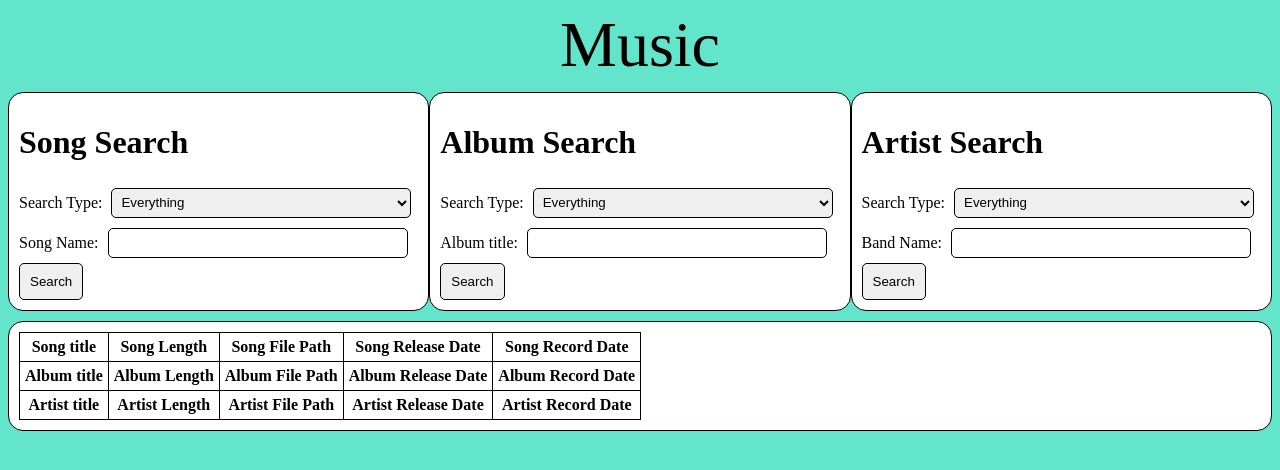
Repository: bparambath/bkp12_INFSCI1017
Page: bkp12_MusicJPAWeb/WebContent/song2.html
The author's editor kept a copy of each file at every save. The page is drawn from the files as they stood at one save, then again after the next save.
The browser window is 1280 px wide. The pictures show the whole page.

Above is the page before, as saved 2019-04-19 01:52:44.

### bkp12_MusicJPAWeb/WebContent/song2.html
<html>
<head>
<meta charset="UTF-8">
<title>Music Songs</title>
<script src="js/jquery-3.3.1.min.js"></script>
<link href="css/style.css" rel="stylesheet" type="text/css" />
<style>
/*https://www.w3schools.com/howto/tryit.asp?filename=tryhow_css_three_columns*/
* {
  box-sizing: border-box;
}

/* Create three equal columns that floats next to each other */
.column {
  float: left;
  width: 33.33%;
  padding: 10px;
}

/* Clear floats after the columns */
.row:after {
  content: "";
  display: table;
  clear: both;
}
</style>
</head>
<body>
<p style="text-align:center;font-size:64px;margin:0;">Music</p>
<div class="row">
	<div class="column" id="songSearch">
		<h1>Song Search</h1>
		<div>
			Search Type:
			<select name="searchTypeSong" id="searchTypeSong" class="textField">
				<option value="">Everything</option>
				<option value="equals">Equals</option>
				<option value="begins">Begins</option>
				<option value="ends">Ends</option>
				<option value="contains">Contains</option>
			</select>
		</div>
		<div>
			Song Name: <input type="text" id="titleSong" name="titleSong" value="" class="textField" />
		</div>
		<div>
			<input type="button" id="btnSong" name="btnSong" value="Search" />
		</div>
	</div>
	<div class="column" id="albumSearch">
		<h1>Album Search</h1>
		<div>
			Search Type:
			<select name="searchTypeAlbum" id="searchTypeAlbum" class="textField">
				<option value="">Everything</option>
				<option value="equals">Equals</option>
				<option value="begins">Begins</option>
				<option value="ends">Ends</option>
				<option value="contains">Contains</option>
			</select>
		</div>
		<div>
			Album title: <input type="text" id="titleAlbum" name="titleAlbum" value="" class="textField" />
		</div>
		<div>
			<input type="button" id="btnAlbum" name="btnAlbum" value="Search" />
		</div>
	</div>
	<div class="column" id="artistSearch">
		<h1>Artist Search</h1>
		<div>
			Search Type:
			<select name="searchTypeArtist" id="searchTypeArtist" class="textField">
				<option value="">Everything</option>
				<option value="equals">Equals</option>
				<option value="begins">Begins</option>
				<option value="ends">Ends</option>
				<option value="contains">Contains</option>
			</select>
		</div>
		<div>
			Band Name: <input type="text" id="titleArtist" name="titleArtist" value="" class="textField" />
		</div>
		<div>
			<input type="button" id="btnArtist" name="btnArtist" value="Search" />
		</div>
	</div>
</div>

<div id="searchResults">
	<table id="tblSearchResults" >
		<tr class="hide1">
			<th>Song title</th>
			<th>Song Length</th>
			<th>Song File Path</th>
			<th>Song Release Date</th>
			<th>Song Record Date</th>
		</tr>
		<tr class="hide2">
			<th>Album title</th>
			<th>Album Length</th>
			<th>Album File Path</th>
			<th>Album Release Date</th>
			<th>Album Record Date</th>
		</tr>
		<tr class="hide3">
			<th>Artist title</th>
			<th>Artist Length</th>
			<th>Artist File Path</th>
			<th>Artist Release Date</th>
			<th>Artist Record Date</th>
		</tr>
	</table>
</div>

</body>
<script>
	$(document).ready(function (){
		$("#btnSong").click(function (){
			search("song");
		});
		$("#btnAlbum").click(function (){
			search("album");
		});
		$("#btnArtist").click(function (){
			search("artist");
		});

		$("#titleSong").keyup(function(){
			var keyPressed = $("#titleSong").val();
			if(keyPressed.length > 2){
				search("song");
			}else{
				$(".dataRow").remove();
			}
		});
		$("#titleAlbum").keyup(function(){
			var keyPressed = $("#titleAlbum").val();
			if(keyPressed.length > 2){
				search("album");
			}else{
				$(".dataRow").remove();
			}
		});
		$("#titleArtist").keyup(function(){
			var keyPressed = $("#titleArtist").val();
			if(keyPressed.length > 2){
				search("artist");
			}else{
				$(".dataRow").remove();
			}
		});
	});

	function search(searchType){
		if(searchType === "song"){
			var titleSong = $("#titleSong").val();
			var searchTypeSong = $("#searchTypeSong").val();


			// console.log("Song: " + titleSong);
			// console.log("searchTypeSong: " + searchTypeSong);
			var url = "/bkp12_MusicJPAWeb/servlets/SongListWS?title=" + titleSong + "&searchType=" + searchTypeSong;
			// console.log(url);
			$.get(url, function(resp){
				// console.log(resp);
				parseSongData(resp);

			})
		}else if(searchType === "album"){
			var titleAlbum = $("#titleAlbum").val();
			var searchTypeAlbum = $("#searchTypeAlbum").val();


			// console.log("Song: " + titleSong);
			// console.log("searchTypeSong: " + searchTypeSong);
			var url = "/bkp12_MusicJPAWeb/servlets/AlbumListWS?title=" + titleAlbum + "&searchType=" + searchTypeAlbum;
			// console.log(url);
			$.get(url, function(resp){
				// console.log(resp);
				parseAlbumData(resp);

			})
		}else if(searchType === "artist"){
			var titleArtist = $("#titleArtist").val();
			var searchTypeArtist = $("#searchTypeArtist").val();


			// console.log("Artist: " + titleArtist);
			// console.log("searchTypeArtist: " + searchTypeArtist);
			var url = "/bkp12_MusicJPAWeb/servlets/AlbumListWS?title=" + titleAlbum + "&searchType=" + searchTypeAlbum;
			// console.log(url);
			$.get(url, function(resp){
				// console.log(resp);
				parseAlbumData(resp);

			})
		}else{
			console.log("error");
		}
	}

	function parseSongData(data){
		// $("#searchResults").text(JSON.stringify(data));
		$(".dataRow").remove();
		var result = "";
		for(var i=0; i < data.length; i++){
			var tr = $("<tr class='dataRow'></tr>"); // created empty html table row

			// First data cell
			var td = $("<td></td>"); // created empty html table data
			td.html(data[i].title);
			tr.append(td);

			// Second data cell
			// Note that we don't need to redeclare this
			td = $("<td></td>");
			td.html(data[i].length)
			tr.append(td);

			// Third data cell
			// Note that we don't need to redeclare this
			td = $("<td></td>");
			td.html(data[i].file_path)
			tr.append(td);

			// Fourth data cell
			// Note that we don't need to redeclare this
			td = $("<td></td>");
			td.html(data[i].release_date)
			tr.append(td);

			// Fifth data cell
			// Note that we don't need to redeclare this
			td = $("<td></td>");
			td.html(data[i].record_date)
			tr.append(td);

			// data cell
			// Note that we don't need to redeclare this
			//td = $("<td></td>");
			//var link = "<a href='song.html?song_id=" + data[i].song_id + "'>View Songs</a>";
			//td.html(link)
			//tr.append(td);

			// Append row to the table
			$("#tblSearchResults").append(tr);

			// result += 'Name: ' + data[i].genre_name + ' Description: ' + data[i].description + '<br />';
		}

		// $("#searchResults").html(result);
	}
	function parseSongData(data){
		// $("#searchResults").text(JSON.stringify(data));
		$(".dataRow").remove();
		var result = "";
		for(var i=0; i < data.length; i++){
			var tr = $("<tr class='dataRow'></tr>"); // created empty html table row

			// First data cell
			var td = $("<td></td>"); // created empty html table data
			td.html(data[i].title);
			tr.append(td);

			// Second data cell
			// Note that we don't need to redeclare this
			td = $("<td></td>");
			td.html(data[i].length)
			tr.append(td);

			// Third data cell
			// Note that we don't need to redeclare this
			td = $("<td></td>");
			td.html(data[i].file_path)
			tr.append(td);

			// Fourth data cell
			// Note that we don't need to redeclare this
			td = $("<td></td>");
			td.html(data[i].release_date)
			tr.append(td);

			// Fifth data cell
			// Note that we don't need to redeclare this
			td = $("<td></td>");
			td.html(data[i].record_date)
			tr.append(td);

			// data cell
			// Note that we don't need to redeclare this
			//td = $("<td></td>");
			//var link = "<a href='song.html?song_id=" + data[i].song_id + "'>View Songs</a>";
			//td.html(link)
			//tr.append(td);

			// Append row to the table
			$("#tblSearchResults").append(tr);

			// result += 'Name: ' + data[i].genre_name + ' Description: ' + data[i].description + '<br />';
		}

		// $("#searchResults").html(result);
	}
	function parseSongData(data){
		// $("#searchResults").text(JSON.stringify(data));
		$(".dataRow").remove();
		var result = "";
		for(var i=0; i < data.length; i++){
			var tr = $("<tr class='dataRow'></tr>"); // created empty html table row

			// First data cell
			var td = $("<td></td>"); // created empty html table data
			td.html(data[i].title);
			tr.append(td);

			// Second data cell
			// Note that we don't need to redeclare this
			td = $("<td></td>");
			td.html(data[i].length)
			tr.append(td);

			// Third data cell
			// Note that we don't need to redeclare this
			td = $("<td></td>");
			td.html(data[i].file_path)
			tr.append(td);

			// Fourth data cell
			// Note that we don't need to redeclare this
			td = $("<td></td>");
			td.html(data[i].release_date)
			tr.append(td);

			// Fifth data cell
			// Note that we don't need to redeclare this
			td = $("<td></td>");
			td.html(data[i].record_date)
			tr.append(td);

			// data cell
			// Note that we don't need to redeclare this
			//td = $("<td></td>");
			//var link = "<a href='song.html?song_id=" + data[i].song_id + "'>View Songs</a>";
			//td.html(link)
			//tr.append(td);

			// Append row to the table
			$("#tblSearchResults").append(tr);

			// result += 'Name: ' + data[i].genre_name + ' Description: ' + data[i].description + '<br />';
		}

		// $("#searchResults").html(result);
	}
</script>
</html>

### bkp12_MusicJPAWeb/WebContent/css/style.css
#genreSearch{
	border: 1px solid #000;
	padding: 10px;
	border-radius: 15px;
}

body{
    background-color: #62e5cb;
}

.textField{
	border: 1px solid #000;
	border-radius: 5px;
	padding: 5px;
	margin: 5px;
	width: 300px;
	height: 30px;
}

.column{
	border: 1px solid #000;
	padding: 10px;
	margin-top: 10px;
	border-radius: 15px;
	background-color: white;
}

#searchResults{
	border: 1px solid #000;
	padding: 10px;
	margin-top: 10px;
	border-radius: 15px;
	background-color: white;
}

input[type=button]{
	border: 1px solid #000;
	padding: 10px;
	border-radius: 5px;

}
#tblSearchResults{
	border-collapse: collapse;
}

#tblSearchResults tr th, td{
	border: 1px solid #000;
	padding: 5px;

}

Loaded but not shown: bkp12_MusicJPAWeb/WebContent/js/jquery-3.3.1.min.js (library)

After the next save:
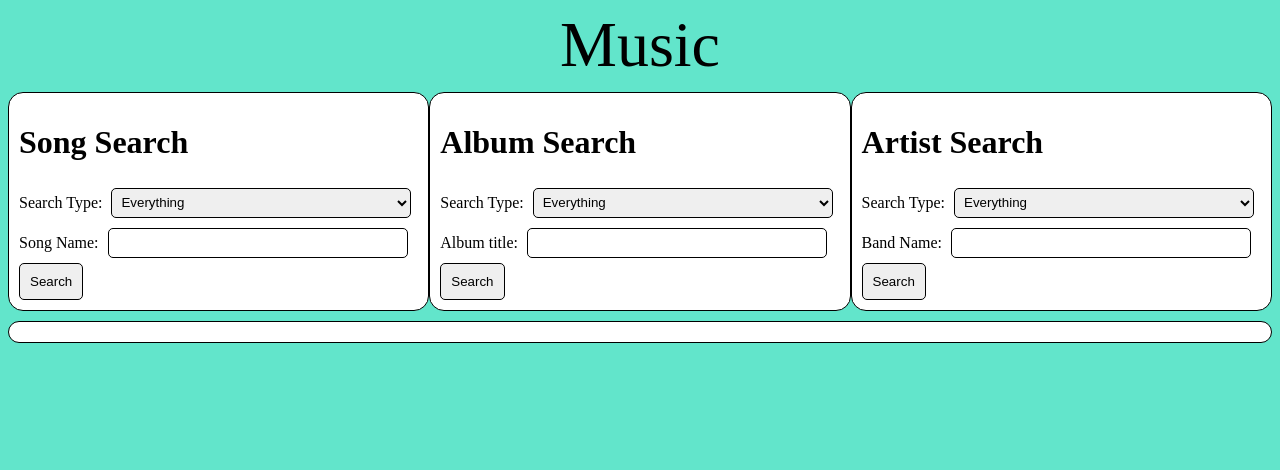
Saved 88 s later.
--- a/bkp12_MusicJPAWeb/WebContent/song2.html
+++ b/bkp12_MusicJPAWeb/WebContent/song2.html
@@ -116,6 +116,9 @@
 </body>
 <script>
 	$(document).ready(function (){
+		$('.hide1').hide();
+		$('.hide2').hide();
+		$('.hide3').hide();
 		$("#btnSong").click(function (){
 			search("song");
 		});
